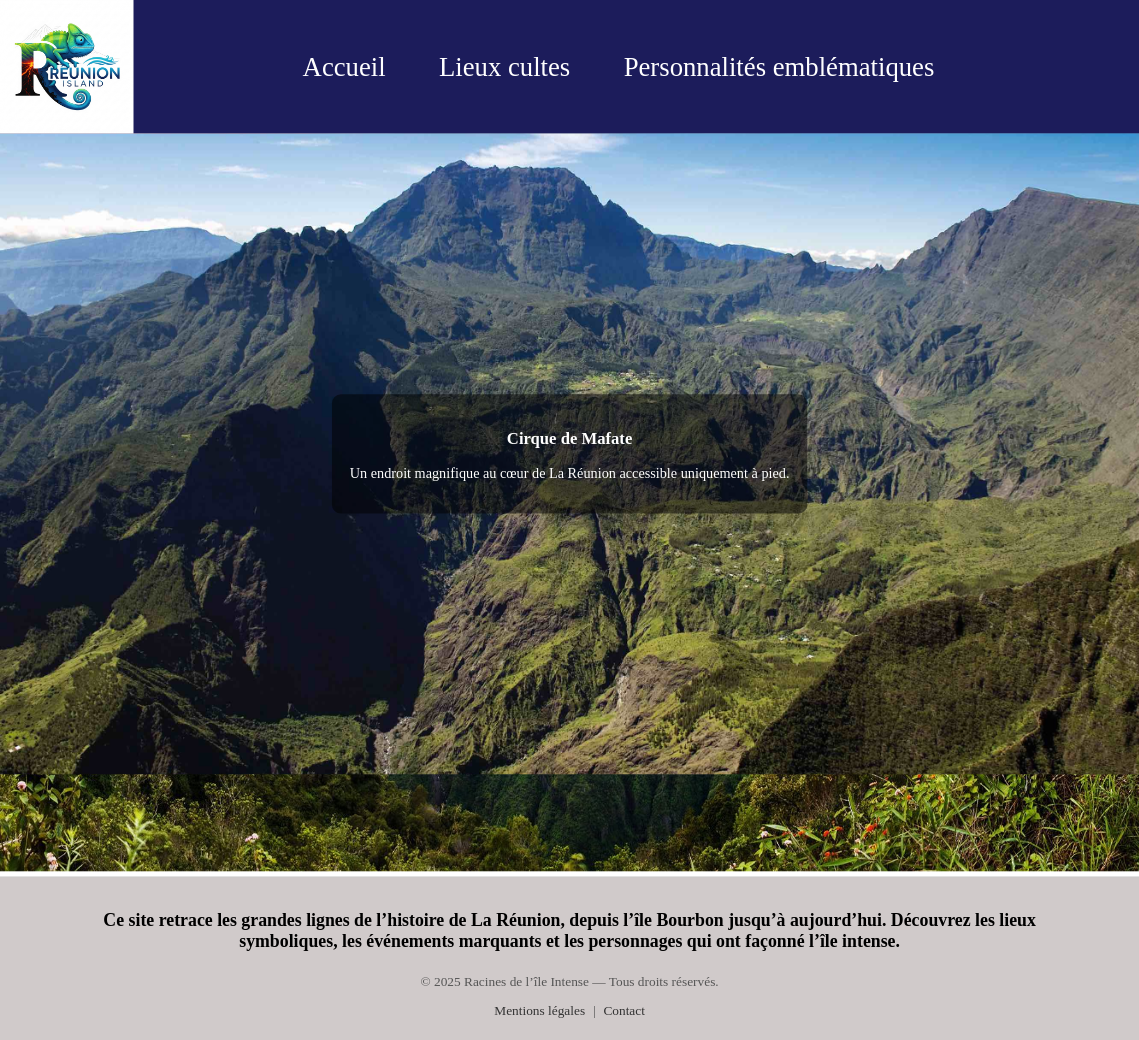
Repository: racinesintense974/Racines-de-lile-intense
Page: mafate.html
These files come from the project's save history. The page is drawn as it stood at one moment and after a run of saves; the edit follows.
The browser window is 1280 px wide. The pictures show the whole page, at 89% of full size.

Above is the page before, as saved 2026-02-10 13:57:43.

### mafate.html
<!DOCTYPE html>
<html lang="fr">
<head>
    <meta charset="UTF-8">
    <meta name="viewport" content="width=device-width, initial-scale=1.0">
    <title>Racines-Mafate</title>
<link rel="stylesheet" href="css/mafate.css">
</head>


<body>
<section class="top-page">
        <header class="header">
            <img src="image/logo22.png" alt="logo du site">
        <nav class="nav">
    <ul class="menu">
        <li><a href="index.html">Accueil</a></li>

        <li class="dropdown">
            <a href="#">Lieux cultes</a>
            <ul class="submenu">
                <li><a href="mafate.html">Mafate</a></li>
                <li><a href="cilaos.html">Cilaos</a></li>
                <li><a href="volcans.html">Les volcans</a></li>
            </ul>
        </li>

         <li class="dropdown">
        <a href="#">Personnalités emblématiques</a>
            <ul class="submenu">
                <li><a href="Olivier.html">Olivier Levasseur</a></li>
                <li><a href="Desbassayns.html">Madame Desbassayns</a></li>
                <li><a href="Garros.html">Rolland Garros</a></li>
            </ul>
        </li>
    </ul>
</nav>

        </header>

<section class="mafate-hero">
  <div class="contenu">
    <h1>Cirque de Mafate</h1>
    <p>Un endroit magnifique au cœur de La Réunion accessible uniquement à pied.</p>
  </div>
</section>
  <footer class="footer">
    <h1 class="big-title2">Ce site retrace les grandes lignes de l’histoire de La Réunion, depuis l’île Bourbon jusqu’à aujourd’hui. Découvrez les lieux symboliques, les événements marquants et les personnages qui ont façonné l’île intense.</h1>
  <p>&copy; 2025 Racines de l’île Intense — Tous droits réservés.</p>
  <p><a href="mentions-legales.html">Mentions légales</a> | <a href="contact.html">Contact</a></p>
</footer>
</body>
</html>

### css/mafate.css

*

body {
    margin: 0 auto;

}

header.header {
    display: flex;
    align-items: center;
    background-color: rgb(28, 28, 91);                    /* Entête */
    margin: 0;

}

header.header img {
    width: 150px;
}






section.top-page {
    background: url('../image/point-de-vue-mafate-frog_974.jpg');
    background-size: cover;
    height: 136vh;
    padding: 0px;
}
/* page de bienvenue (landing page) */
.big-title {
    color: rgb(255, 255, 255);
    font-size: 27px;
    padding: 55px 360px;
    background-color: rgba(0, 0, 0, 0.323);
    margin-top: 0;



}
html, body {
  height: 100%;           /* Nécessaire pour que le conteneur remplisse l'écran */
  margin: 0;
  padding: 0;
}

.conteneur-central {
  display: flex;
  justify-content: center;      /* centre horizontalement */
  align-items: center;          /* centre verticalement */
  height: 70vh;                /* 100% de la hauteur de l'écran */
}

/* La galerie contient les images */
.galerie-images {
  display: flex;
  gap: 20px;
  flex-wrap: wrap;
  justify-content: center;
}

.galerie-images img {
  width: 390px;
  height: auto;
  border-radius: 50px;
  box-shadow: 0 4px 10px rgba(0, 0, 0, 0.1);
  transition: transform 0.3s ease;
}

.galerie-images img:hover {
  transform: scale(1.05);
}

.big-title2 {
    color: black;
    font-size: 20px;
    padding: 10px 50px;
}

.mafate-hero {
  height: 100vh;
  background-image: url("images/mafate.jpg");
  background-size: cover;
  background-position: center;
  display: flex;
  justify-content: center;
  align-items: center;
}

.contenu {
  background: rgba(0,0,0,0.5);
  color: white;
  padding: 20px;
  text-align: center;
  border-radius: 10px;
}

.footer {
    width: 100%;
  background-color: #d0caca;
  padding: 10px;
  text-align: center;
  font-size: 15px;
  color: #555;
  border-top: 1px solid #ccc;
  margin-top: 115px;
   box-sizing: border-box;

}

.footer a {
  color: #333;
  text-decoration: none;
  margin: 0 5px;
}

.footer a:hover {
  text-decoration: underline;
}


/* menu de navigation */

nav.nav {
    display: flex;
    justify-content: space-between;
    list-style: none;
    width: 970px;
    margin-left: 180px;
font-size: 30px;
}


nav.nav li {
    color: white;
}



/* ===== MENU DEROULANT LIEUX-CULTES ===== */

nav.nav ul.menu {
    list-style: none;
    display: flex;
    gap: 40px;           /* espace entre les éléments */
    margin: 0;
    padding: 0;
}

nav.nav ul.menu > li {
    position: relative;
}

nav.nav ul.menu a {
    text-decoration: none;
    color: white;
    font-size: 30px;
    padding: 10px;
}

/* Sous-menu caché */
.submenu {
    list-style: none;
    padding: 0;
    margin: 0;
    position: absolute;
    background: rgb(12, 16, 70);
    border-radius: 5px;
    border: 1px solid black;
    display: none;
    min-width: 180px;
    z-index: 10;
}

/* Liens du sous-menu */
.submenu li a {
    color: black;
    padding: 10px;
    display: block;
    font-size: 20px;
}

/* Apparition au survol */
.dropdown:hover .submenu {
    display: block;
}

/* Effet hover */
.submenu li a:hover {
    background-color: #a01212;
}

After the next 2 saves:
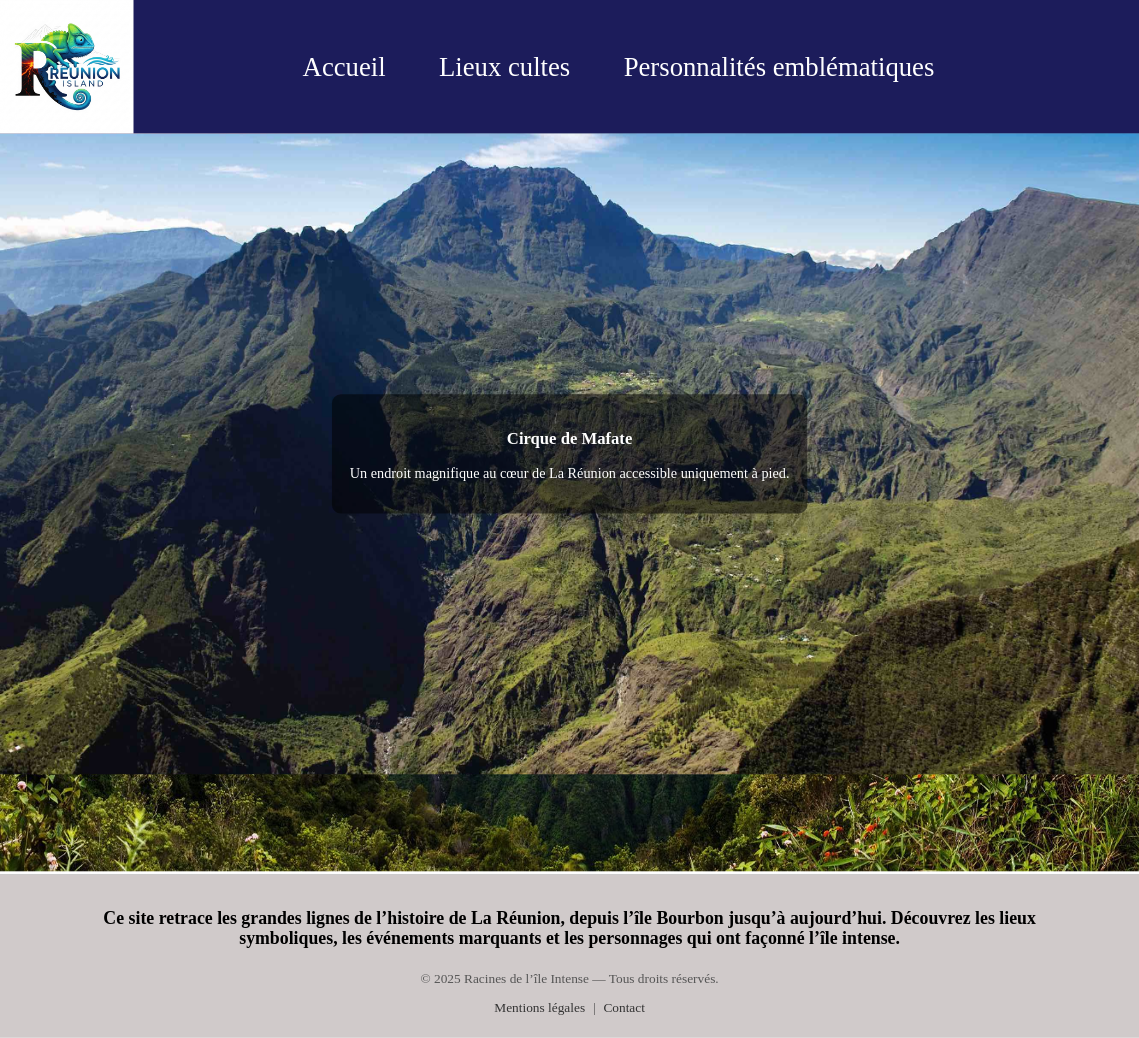
The 2 saves are shown as one change because they came seconds apart.
The last was saved 8 s later.
--- a/css/mafate.css
+++ b/css/mafate.css
@@ -105,7 +105,7 @@
   font-size: 15px;
   color: #555;
   border-top: 1px solid #ccc;
-  margin-top: 115px;
+  margin-top: 112px;
    box-sizing: border-box;
 
 }
